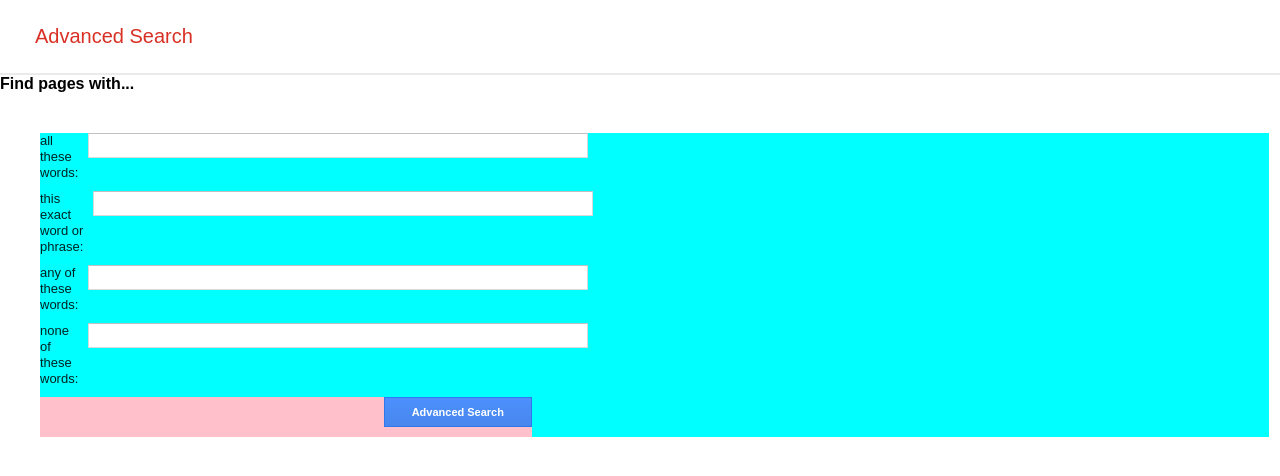
Repository: etentuk/search
Page: advanced_search.html
The author's editor kept a copy of each file at every save. The page is drawn from the files as they stood at one save, then again after a run of saves.
The browser window is 1280 px wide. The pictures show the whole page.

Above is the page before, as saved 2021-11-05 16:34:50.

### advanced_search.html
<!DOCTYPE html>
<html lang="en">

<head>
    <link rel="icon" href="./google_search_new_logo_icon_159150.ico">
    <title>Advanced Search</title>
    <link rel="stylesheet" href="styles.css">
    <style>
        .form-content {
            display: flex;
        }

        .form-content .form-label {
            flex: 1;
            font-size: 13px;
            line-height: 16px;
            color: rgba(0, 0, 0, 0.87);
            text-decoration: none;
        }

        .form-input {
            flex: 1
        }

        .form-input input {
            border-radius: 1px;
            border: 1px solid #d9d9d9;
            border-top: 1px solid #c0c0c0;
            font-size: 13px;
            height: 25px;
            padding: 1px 8px;
            text-align: left;
        }
    </style>
</head>

<body>
    <div id="title">
        Advanced Search
    </div>
    <hr class="solid" style="border:1px solid #ebebeb;">
    <h4>Find pages with...</h4>
    <div>
        <form action="https://google.com/search" id="form">
            <div style="display: flex; flex-direction: column; padding-right: 60%;">
                <div class="form-content">
                    <div class="form-label">
                        <label for="as_q">all these words: </label>
                    </div>
                    <div class="form-input">
                        <input type="text" id="as_q" name="as_q">
                    </div>
                </div>
                <div class="form-content">
                    <div class="form-label">
                        <label for="as_epq">this exact word or phrase: </label>
                    </div>
                    <div class="form-input">
                        <input type="text" id="as_epq" name="as_epq">
                    </div>
                </div>
                <div class="form-content">
                    <div class="form-label">
                        <label for="as_oq">any of these words: </label>
                    </div>
                    <div class="form-input">
                        <input type="text" id="as_oq" name="as_oq">
                    </div>
                </div>
                <div class="form-content">
                    <div class="form-label">
                        <label for="as_eq">none of these words: </label>
                    </div>
                    <div class="form-input">
                        <input type="text" id="as_eq" name="as_eq">
                    </div>
                </div>
                <div id="submit">
                    <input type="submit" value="Advanced Search">
                </div>
        </form>
    </div>
</body>

</html>

### styles.css
* {
  margin: 0;
  padding: 0;
  box-sizing: border-box;
  font-family: Arial, sans-serif;
}

#title {
  color: #d93025;
  font-size: 20px;
  margin: 25px 35px;
}

#form {
  /* max-width: 1140px; */
  /* min-width: 100%; */
  background-color: aqua;
  width: 96%;
  margin: 40px;
}

.form-content {
  display: flex;
  flex-direction: row;
}

.form-content label {

  position: flex-start;
  padding-right: 10px;
  float: left;
}

.form-content input {
  position: flex-end;
  float: right;
  width: 500px;
}

label,
input {
  /* float: right; */
  display: table-cell;
  margin-bottom: 10px;
}

#submit {
  text-align: right;
  background-color: pink;
  width: 100%;
}

#submit input {
  border: 1px solid #3079ed;
  box-shadow: none;
  font-size: 11px;
  font-weight: bold;
  color: #fff;
  padding: 8px 12px;
  width: 30%;
  background-color: #4d90fe;
  background-image: -webkit-linear-gradient(top, #4d90fe, #4787ed);
}

After the next 2 saves:
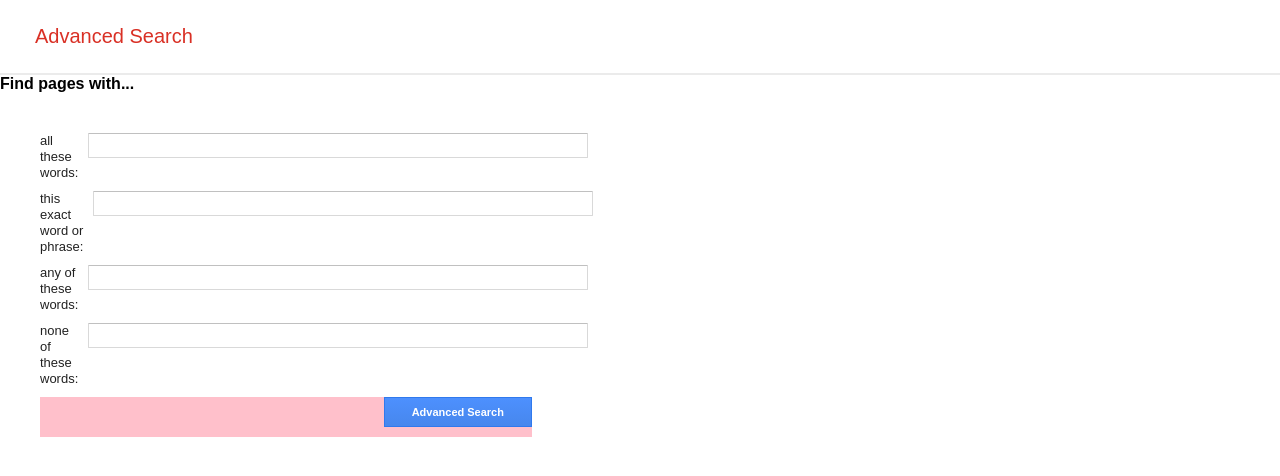
The 2 saves are shown as one change because they came seconds apart.
The last was saved 31 s later.
--- a/styles.css
+++ b/styles.css
@@ -12,9 +12,6 @@
 }
 
 #form {
-  /* max-width: 1140px; */
-  /* min-width: 100%; */
-  background-color: aqua;
   width: 96%;
   margin: 40px;
 }
@@ -25,7 +22,6 @@
 }
 
 .form-content label {
-
   position: flex-start;
   padding-right: 10px;
   float: left;
